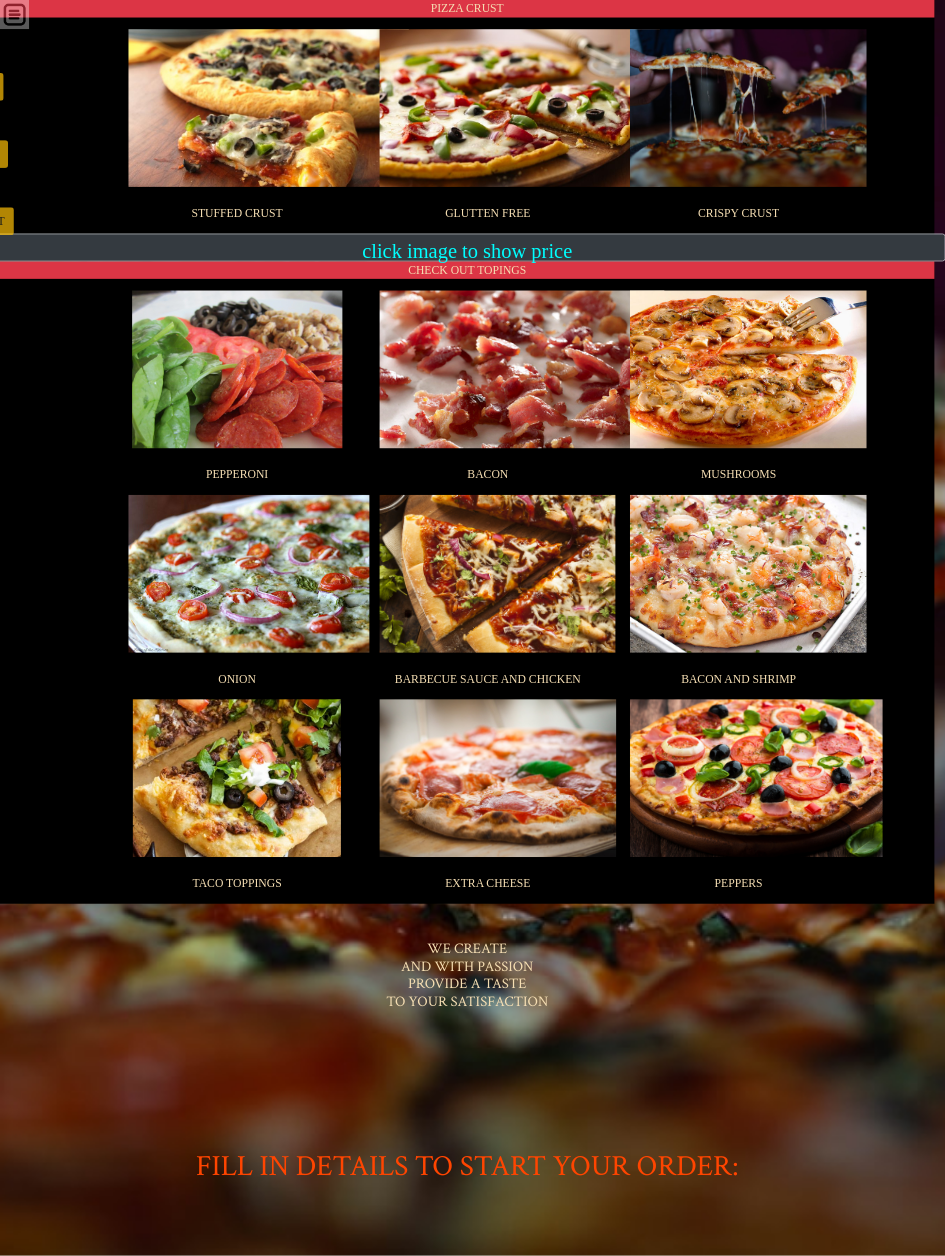
Repository: alexmwaura/MOREO--PIZZA-IP4
Page: mine.html
The author's editor kept a copy of each file at every save. The page is drawn from the files as they stood at one save, then again after a run of saves.
The browser window is 1280 px wide. The page is 1295 px wide, so the pictures cover 1295 px, including what lies to the right of the window. The pictures show the whole page, at 73% of full size.
Some web fonts or font styles are not loaded; a fallback is used.

Above is the page before, as saved 2019-09-01 14:31:33.

After the next 2 saves:
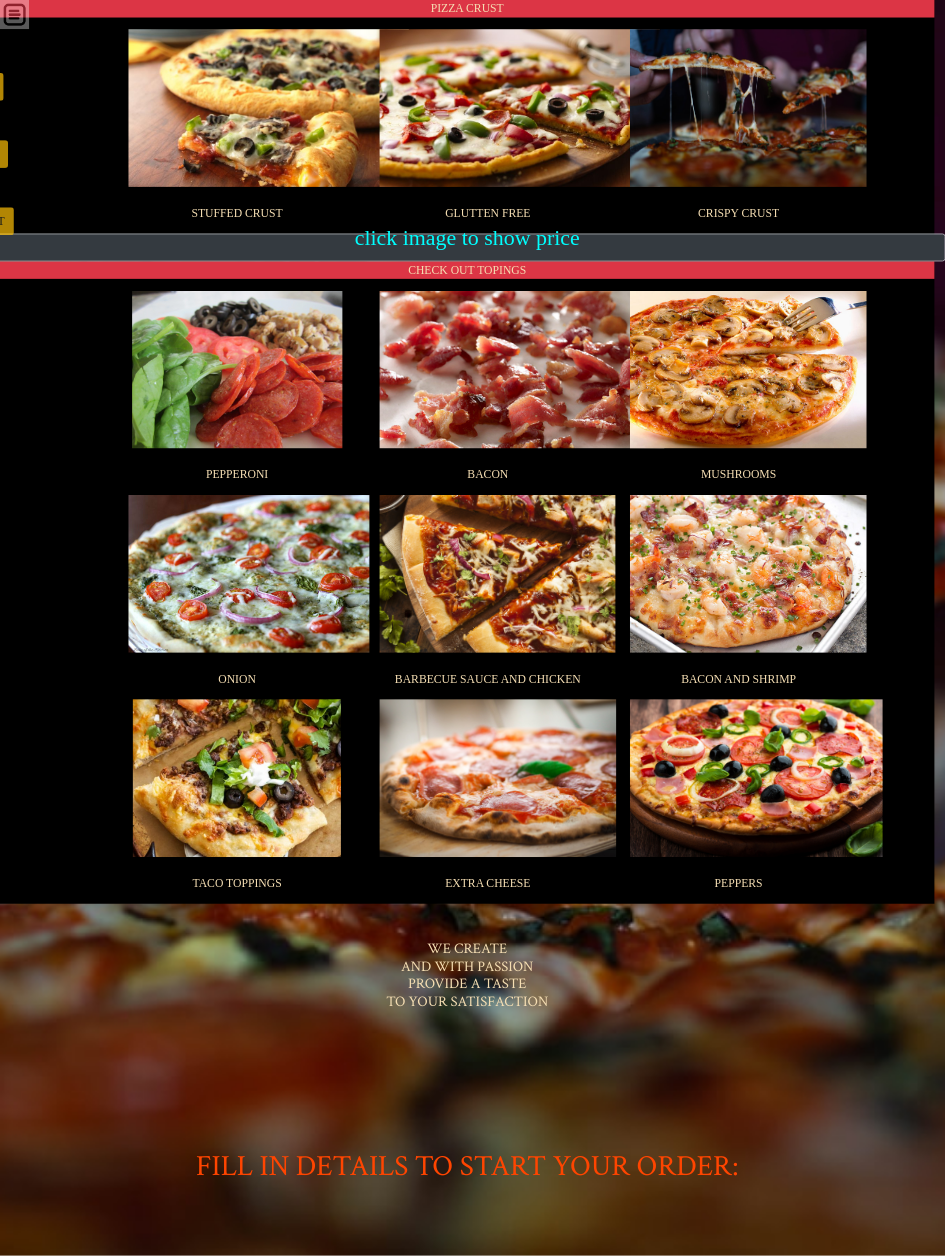
The 2 saves are shown as one change because they came seconds apart.
The last was saved 9 s later.
--- a/CSS/styles.css
+++ b/CSS/styles.css
@@ -110,7 +110,7 @@ h1{
     }
 
 }
-.to{
+.price{
     font-size: 30px;
     animation: bounce 3s infinite;
     color: wheat;
